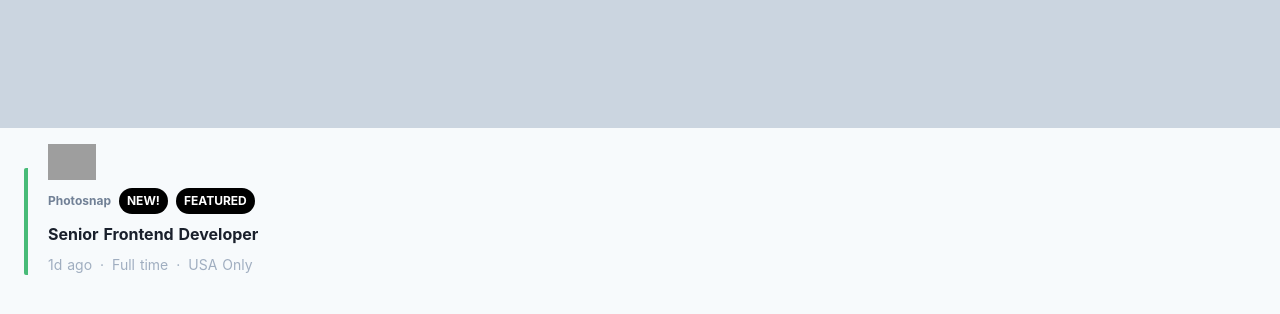
Repository: asongdon/frontendmentor-joblisting
Page: /
The author's editor kept a copy of each file at every save. The page is drawn from the files as they stood at one save, then again after the next save.
The browser window is 1280 px wide. The pictures show the whole page.
Pictures or frames that could not be fetched are drawn as grey boxes. The project was rebuilt for these pictures with package versions that can differ from the ones it lists, and the page was loaded fresh each time. The framework's server and built-in components were replaced by stand-ins that run in the browser. Also part of the build but not shown: nuxt.config.js.

Above is the page before, as saved 2020-04-12 18:55:20.

### layouts/default.vue
<template>
  <div class="h-screen">
    <Header/>
    <nuxt />
  </div>
</template>

<script>
import Header from '@/components/Header.vue'

export default {
  components: {
    Header
  },
}
</script>

<style>
html {
  font-family: 'Inter', -apple-system, BlinkMacSystemFont, 'Segoe UI',
    Roboto, 'Helvetica Neue', Arial, sans-serif;
  font-size: 16px;
  word-spacing: 1px;
  -ms-text-size-adjust: 100%;
  -webkit-text-size-adjust: 100%;
  -moz-osx-font-smoothing: grayscale;
  -webkit-font-smoothing: antialiased;
  box-sizing: border-box;
  @apply bg-gray-100;
}

*,
*:before,
*:after {
  box-sizing: border-box;
  margin: 0;
}

.button--green {
  display: inline-block;
  border-radius: 4px;
  border: 1px solid #3b8070;
  color: #3b8070;
  text-decoration: none;
  padding: 10px 30px;
}

.button--green:hover {
  color: #fff;
  background-color: #3b8070;
}

.button--grey {
  display: inline-block;
  border-radius: 4px;
  border: 1px solid #35495e;
  color: #35495e;
  text-decoration: none;
  padding: 10px 30px;
  margin-left: 15px;
}

.button--grey:hover {
  color: #fff;
  background-color: #35495e;
}
</style>

### pages/index.vue
<template>
  <div class="container py-10 px-6">
    <Maincard/>
  </div>
</template>

<script>
import Maincard from '@/components/Maincard'
export default {
  components: {
    Maincard
  }
}
</script>

<style>
/* Sample `apply` at-rules with Tailwind CSS
.container {
  @apply min-h-screen flex justify-center items-center text-center mx-auto;
}
*/

</style>

### components/Header.vue
<template>
  <div class="w-full h-32 bg-gray-400"></div>
</template>

<script>
export default {}
</script>

<style></style>

### components/Maincard.vue
<template>
    <div class="flex flex-col flex-no-wrap rounded-sm px-5 border-l-4 border-green-500">

    <div class="-mt-6 mb-2">
      <img class="w-12" src="~/assets/logos/faceit.svg" alt="" />
    </div>

    <div class="flex items-center">
      <div class="text-xs font-bold text-gray-600">Photosnap</div>
      <div class="flex text-xs font-bold">
        <div class="bg-black text-white rounded-full px-2 py-1 uppercase ml-2">
          New!
        </div>
        <div class="bg-black text-white rounded-full px-2 py-1 uppercase ml-2">
          Featured
        </div>
      </div>
    </div>

    <div class="mt-2 font-bold text-gray-900">
      Senior Frontend Developer
    </div>

    <div class="flex text-sm mt-2 text-gray-500">
      <div class="mr-2">1d ago</div>
      <div class="mr-2">·</div>
      <div class="mr-2">Full time</div>
      <div class="mr-2">·</div>
      <div>USA Only</div>
    </div>

  </div>
</template>

<script>
export default {}
</script>

<style></style>

Loaded but not shown: assets/css/tailwind.css (common file); tailwind.config.js (common file); store/filter.js (no copy from this time; the picture is the same without it); store/index.js (no copy from this time; the picture is the same without it)

After the next save:
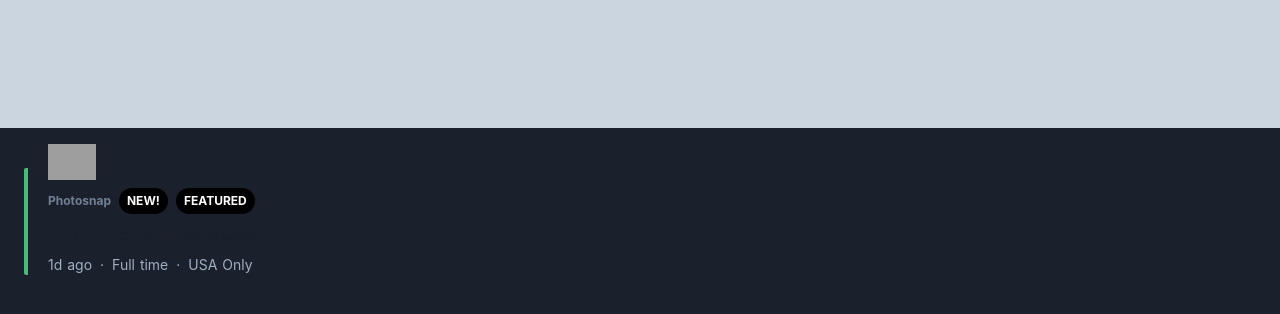
Saved 16 s later.
--- a/layouts/default.vue
+++ b/layouts/default.vue
@@ -26,7 +26,7 @@
   -moz-osx-font-smoothing: grayscale;
   -webkit-font-smoothing: antialiased;
   box-sizing: border-box;
-  @apply bg-gray-100;
+  @apply bg-gray-900;
 }
 
 *,

After the save that followed:
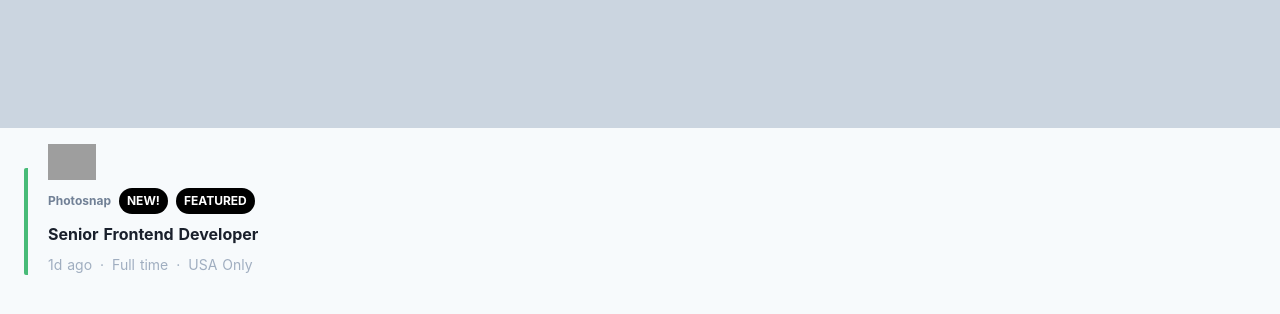
Saved 4 s later.
--- a/layouts/default.vue
+++ b/layouts/default.vue
@@ -26,7 +26,7 @@
   -moz-osx-font-smoothing: grayscale;
   -webkit-font-smoothing: antialiased;
   box-sizing: border-box;
-  @apply bg-gray-900;
+  @apply bg-gray-100;
 }
 
 *,
